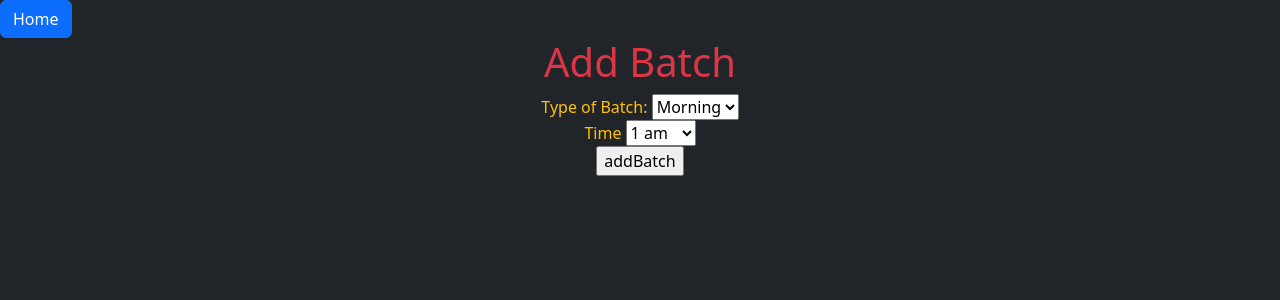
Repository: Jannis-Buschhaus/simplilearn-assessment-phase2
Page: http://localhost/FunfitWebapp/addBatch.jsp
An editor plug-in stored every save of this project. The page is shown before and after the next save, followed by the edit.
The browser window is 1280 px wide. The pictures show the whole page.
The page is served by Tomcat 9. Other server files are loaded and not shown.

Above is the page before, as saved 2024-05-30 14:27:36.

### FunfitWebapp/src/main/webapp/addBatch.jsp
<%@ page language="java" contentType="text/html; charset=UTF-8"
    pageEncoding="UTF-8"%>
<!DOCTYPE html>
<html>
<head>
<meta charset="UTF-8">
<title>Add Batch</title>
<link href="https://cdn.jsdelivr.net/npm/bootstrap@5.3.3/dist/css/bootstrap.min.css" rel="stylesheet" integrity="sha384-QWTKZyjpPEjISv5WaRU9OFeRpok6YctnYmDr5pNlyT2bRjXh0JMhjY6hW+ALEwIH" crossorigin="anonymous">
</head>
<body class="bg-dark">
	<a  class="btn btn-primary" href="index.jsp">Home</a>
	<h1 class="text-danger text-center">Add Batch</h1>
	<div class="text-center">
		<form action="BatchController" method="post">
		<label class="text-warning" for="typeOfBatch">Type of Batch: </label>
		<select name="typeOfBatch">
			<option value="morning">Morning</option>
			<option value="evening">Evening</option>
		</select><br/>
		<label class="text-warning" for="time">Time</label>
		<select name="time">
			<% for(int i=1; i<=12; i++){ %>
				<option value="<%=i%>am"><%=i%> am</option>
			<% }%>
			<% for(int i=1; i<=12; i++){ %>
				<option value="<%=i%>pm"><%=i%> pm</option>
			<% }%>
		</select><br />
		<input type="submit" value="addBatch" />
		</form>
	</div>
</body>
</html>

After the next save:
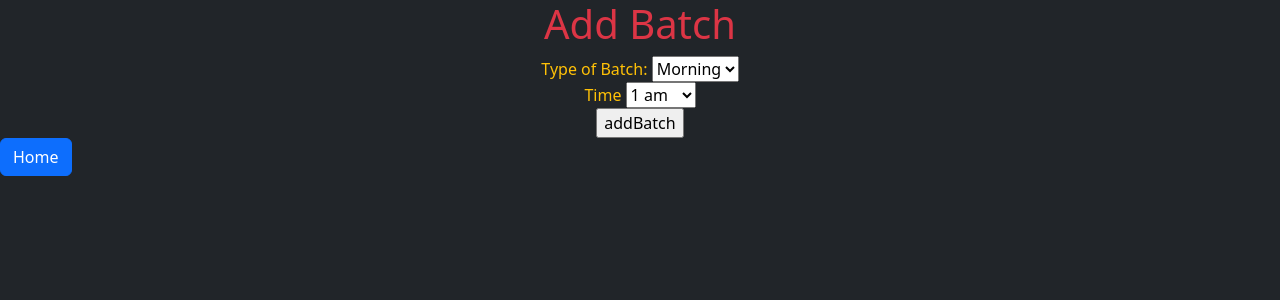
Saved 12 s later.
--- a/FunfitWebapp/src/main/webapp/addBatch.jsp
+++ b/FunfitWebapp/src/main/webapp/addBatch.jsp
@@ -8,7 +8,6 @@
 <link href="https://cdn.jsdelivr.net/npm/bootstrap@5.3.3/dist/css/bootstrap.min.css" rel="stylesheet" integrity="sha384-QWTKZyjpPEjISv5WaRU9OFeRpok6YctnYmDr5pNlyT2bRjXh0JMhjY6hW+ALEwIH" crossorigin="anonymous">
 </head>
 <body class="bg-dark">
-	<a  class="btn btn-primary" href="index.jsp">Home</a>
 	<h1 class="text-danger text-center">Add Batch</h1>
 	<div class="text-center">
 		<form action="BatchController" method="post">
@@ -29,5 +28,6 @@
 		<input type="submit" value="addBatch" />
 		</form>
 	</div>
+	<a  class="btn btn-primary" href="index.jsp">Home</a>
 </body>
 </html>
